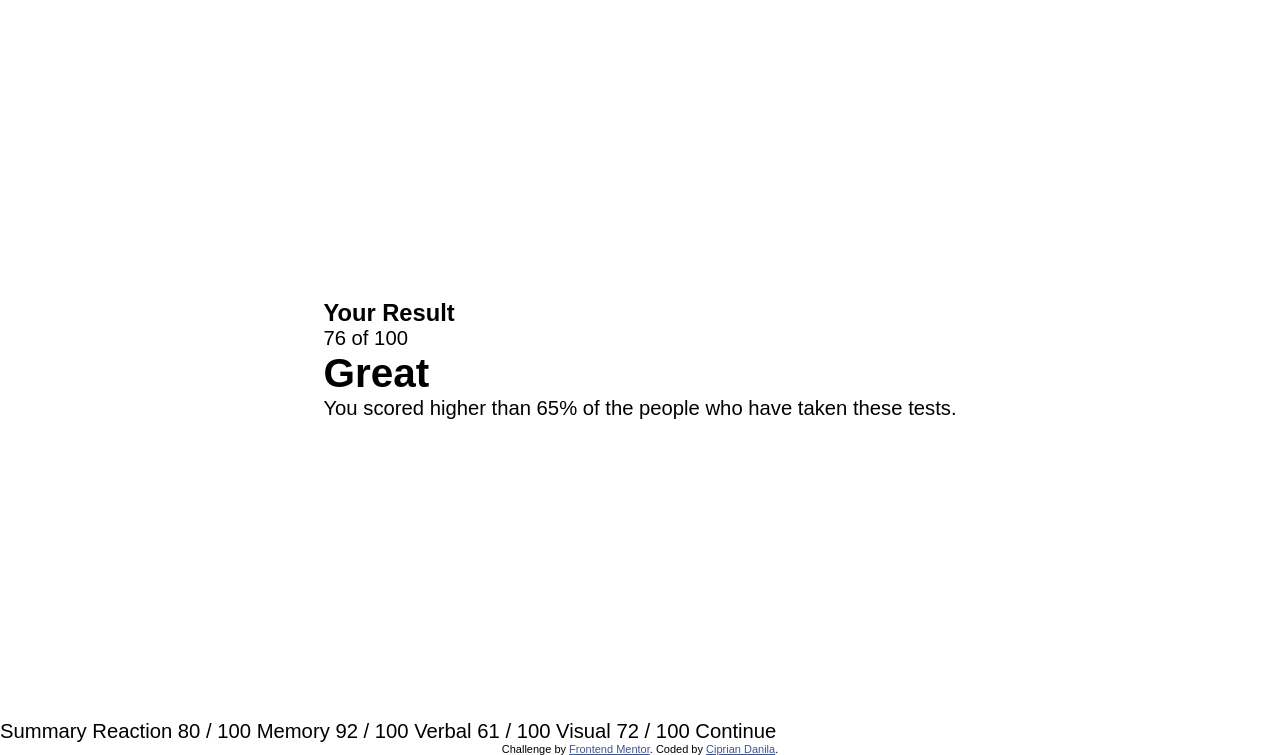
Repository: cipdanila/results-summary-component
Page: index.html
These files come from the project's save history. The page is drawn as it stood at one moment and after the next save; the edit follows.
The browser window is 1280 px wide. The pictures show the whole page.

Above is the page before, as saved 2024-02-01 20:12:53.

### index.html
<!DOCTYPE html>
<html lang="en">
<head>
  <meta charset="UTF-8">
  <meta name="viewport" content="width=device-width, initial-scale=1.0"> <!-- displays site properly based on user's device -->

  <link rel="icon" type="image/png" sizes="32x32" href="./assets/images/favicon-32x32.png">
  <link rel="stylesheet" href="styles.css">
  <title>Frontend Mentor | Results summary component</title>

</head>
<body>
  <main>
    <div class="card">
      <div class="result">
        <h3>Your Result</h3>
        <div class="score">
          76
          of 100
        </div>
        <h1>Great</h1>
        <p>You scored higher than 65% of the people who have taken these tests.</p>
      </div>
      <div class="summary">

      </div>
    </div>
  </main>

  Summary

  Reaction
  80 / 100

  Memory
  92 / 100

  Verbal
  61 / 100

  Visual
  72 / 100

  Continue

  <footer>
    <div class="attribution">
        Challenge by
        <a
            href="https://www.frontendmentor.io/challenges/results-summary-component-CE_K6s0maV/hub"
            target="_blank"
            rel="noopener noreferer"
            >Frontend Mentor</a
        >. Coded by <a href="https://github.com/cipdanila" target="_blank" rel="noopener noreferer">Ciprian Danila</a>.
    </div>
</footer>
</body>
</html>

### styles.css
@import url('https://fonts.googleapis.com/css2?family=Hanken+Grotesk:wght@500;700;800&display=swap');

:root {
    /* Colors */
    /* Primary */
    --light-red: hsl(0, 100%, 67%);
    --orange-yellow: hsl(39, 100%, 56%);
    --green-teal: hsl(166, 100%, 37%);
    --cobalt-blue: hsl(234, 85%, 45%);
    /* Gradients */
    --light-slate-blue: hsl(252, 100%, 67%);    /*  (background) */
    --light-royal-blue: hsl(241, 81%, 54%);    /* (background) */

    --violet-blue: hsla(256, 72%, 46%, 1); /* (circle) */
    --persian-blue: hsla(241, 72%, 46%, 0);    /* (circle) */
    /* Neutral */
    --white: hsl(0, 0%, 100%);
    --pale-blue: hsl(221, 100%, 96%);
    --light-lavender: hsl(241, 100%, 89%);
    --dark-gray-blue: hsl(224, 30%, 27%);
}

*, *::after, *::before {
    box-sizing: border-box;
    margin: 0;
    padding: 0;
}

body, html {
    height: 100%;
    font-family: "Outfit", sans-serif;
    font-size: 1.125rem;                /* 18px */
    font-weight: 300;
    background-color: var(--white);
}

main {
    display: flex;
    justify-content: center;
    align-items: center;
    height: 100%;
}

.attribution {
    font-size: 11px;
    text-align: center;
}
.attribution a {
    color: hsl(228, 45%, 44%);
}

After the next save:
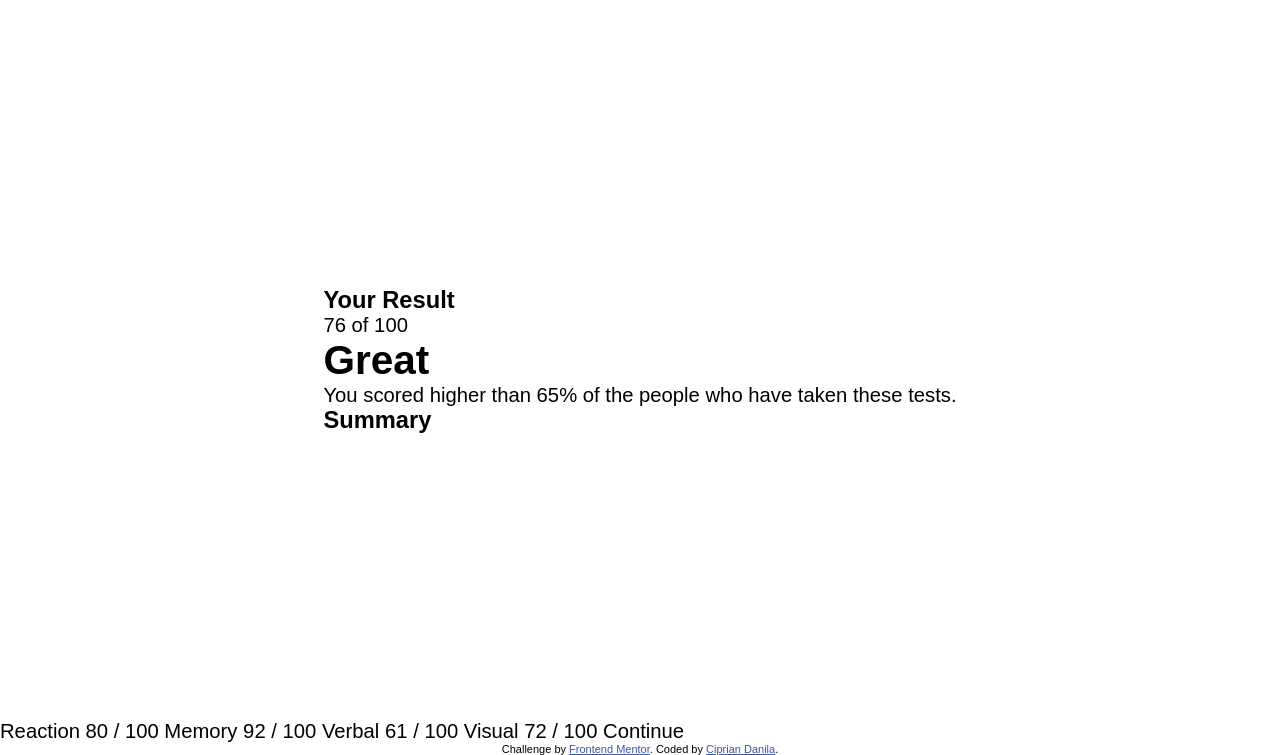
Saved 18 s later.
--- a/index.html
+++ b/index.html
@@ -22,12 +22,12 @@
         <p>You scored higher than 65% of the people who have taken these tests.</p>
       </div>
       <div class="summary">
-
+        <h3>Summary</h3>
       </div>
     </div>
   </main>
 
-  Summary
+
 
   Reaction
   80 / 100
